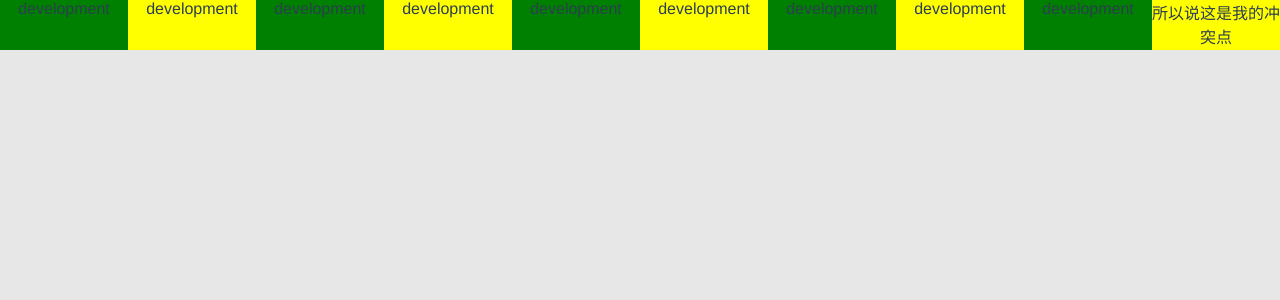
Repository: dondonZh/phone-sell-mall
Page: /#/about
The author's editor kept a copy of each file at every save. The page is drawn from the files as they stood at one save, then again after a run of saves.
The browser window is 1280 px wide. The pictures show the whole page.
The project was rebuilt for these pictures with package versions that can differ from the ones it lists, and the page was loaded fresh each time. Also part of the build but not shown: vue.config.js, src/assets/js/iconfont.js, src/components/icon-svg.vue.

Above is the page before, as saved 2019-07-24 11:47:01.

### public/index.html
<!doctype html>
<html lang="en">
<head>
    <meta charset="UTF-8">
    <meta name="viewport"
          content="width=device-width, user-scalable=no, initial-scale=1.0, maximum-scale=1.0, minimum-scale=1.0">
    <meta http-equiv="X-UA-Compatible" content="ie=edge">
    <title>phone-sell-mall</title>
</head>
<body>
<noscript>
  <strong>We're sorry but phone-sell-mall doesn't work properly without JavaScript enabled. Please enable it to continue.</strong>
</noscript>
<div id="app"></div>
<!-- built files will be auto injected -->
</body>
</html>

### src/main.js
import Vue from 'vue'
import App from './App.vue'
import router from './router'
import store from './store'
import './assets/js/iconfont.js'
import iconSvg from '@/components/icon-svg.vue'



Vue.config.productionTip = false
Vue.component('iconSvg', iconSvg)
Vue.prototype.$baseUrl = process.env.NODE_ENV

const requireAll = requireContext => requireContext.keys().map(requireContext)
const req = require.context('./icons', false, /\.svg$/)
requireAll(req)

new Vue({
  router,
  store,
  render: h => h(App)
}).$mount('#app')

### src/App.vue
<template>
  <div id="app">
    <div id="nav">
      <router-link to="/"></router-link>
    </div>
    <router-view/>
  </div>
</template>
<style lang="stylus">
  body
    padding 0px
    margin 0px
    background-color #e7e7e7
#app
  font-family 'Avenir', Helvetica, Arial, sans-serif
  -webkit-font-smoothing antialiased
  -moz-osx-font-smoothing grayscale
  text-align center
  color #2c3e50

</style>

### src/router.js
import Vue from 'vue'
import Router from 'vue-router'

Vue.use(Router)

export default new Router({
  routes: [
    {
      path: '/',
      redirect: '/home'
    },
    {
      path: '/home',
      component: resolve => require(['./views/Home.vue'], resolve),
      redirect: '/home/sousuo',
      children: [
        {
          path: 'sousuo',
          component: resolve =>
            require(['./views/page/discovery.vue'], resolve),
          meta: { title: '发现' }
        },
        {
          path: 'about',
          component: resolve =>
            require(['./views/About.vue'], resolve),
          meta: { title: '关于' }
        },
        {
          path: 'add',
          component: resolve =>
            require(['./views/page/add.vue'], resolve),
          meta: { title: '添加' }
        }
      ]
    },
    {
      path: '/about',
      name: 'about',
      // route level code-splitting
      // this generates a separate chunk (about.[hash].js) for this route
      // which is lazy-loaded when the route is visited.
      component: () => import(/* webpackChunkName: "about" */ './views/About.vue')
    },
    {
      name: '404',
      path: '/404',
      component: () => import('@/views/notFound.vue')
    },
    {
      path: '*',
      redirect: '/404'
    }
  ]
})

### src/views/About.vue
<template>
    <div class="container">
      <div>{{env}}</div>
      <div>{{env}}</div>
      <div>{{env}}</div>
      <div>{{env}}</div>
      <div>{{env}}</div>
      <div>{{env}}</div>
      <div>{{env}}</div>
      <div>{{env}}</div>
      <div>{{env}}</div>
<div>所以说这是我的冲突点</div>
    </div>
</template>
<script>
export default {
  name: 'about',
  data () {
    return {
      env: process.env.NODE_ENV
    }
  }
}

</script>
<style>
  .container {
    width: 100%;
    display: grid;
    grid-template-columns:repeat(auto-fit, minmax(100px, 1fr));
    grid-template-rows: repeat(2, 50px);
  }
  .container  div:nth-child(even){
    background-color: yellow;
  }
  .container  div:nth-child(odd){
    background-color: green;
  }
</style>

Loaded but not shown: src/store.js (common file)

After the next 3 saves:
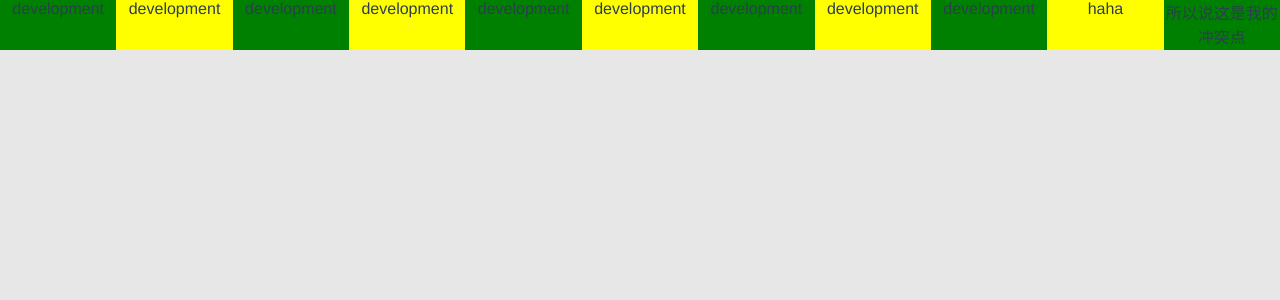
The 3 saves are shown as one change because they came seconds apart.
The last was saved 29 s later.
--- a/src/views/About.vue
+++ b/src/views/About.vue
@@ -9,6 +9,7 @@
       <div>{{env}}</div>
       <div>{{env}}</div>
       <div>{{env}}</div>
+      <div>haha</div>
 <div>所以说这是我的冲突点</div>
     </div>
 </template>
